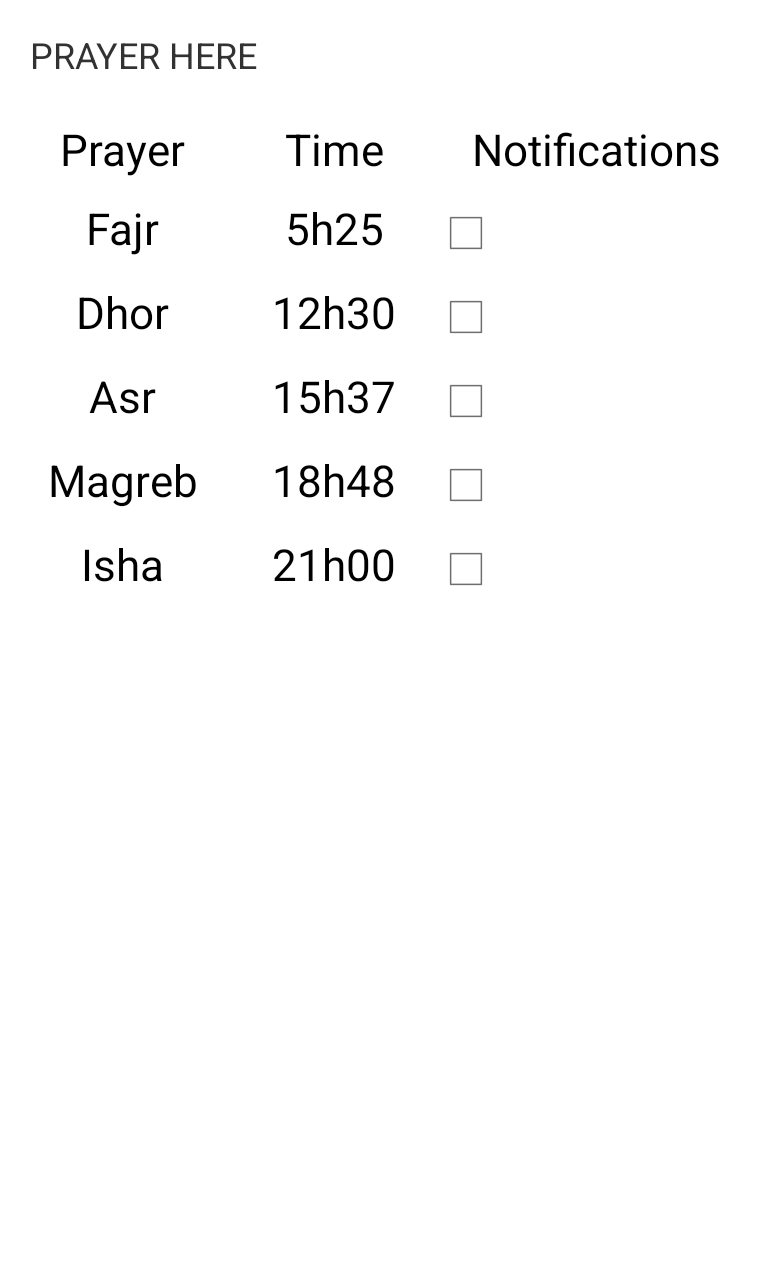
Repository: Osamah/Afstudeerwerk
Layout: NativeApp/SecondPillar/res/layout/activity_prayer.xml
An editor plug-in stored every save of this project. The layout is shown before and after the next save, followed by the edit.
It is drawn on a 768 x 1280 px phone screen (xhdpi) without system bars, with theme AppTheme; the app's code is not run.

Above is the layout before, as saved 2012-12-28 00:27:41.

### NativeApp/SecondPillar/res/layout/activity_prayer.xml
<?xml version="1.0" encoding="utf-8"?>
<LinearLayout
  xmlns:android="http://schemas.android.com/apk/res/android"
  android:orientation="vertical"
  android:layout_width="match_parent"
  android:layout_height="match_parent">

  <!-- Screen Design -->
  <TextView android:text="PRAYER HERE"
            android:padding="15dip"
            android:textSize="18dip"
            android:layout_width="fill_parent"
            android:layout_height="wrap_content"/>



  <TableLayout xmlns:android="http://schemas.android.com/apk/res/android"
    android:id="@+id/tblPrayer"
    android:layout_width="fill_parent"
    android:layout_height="fill_parent" >

  <!-- HEADER -->
 	<TableRow
        android:id="@+id/headerRow"
        android:layout_width="fill_parent"
        android:layout_height="wrap_content"
        android:padding="5dip" >

        <TextView
            android:id="@+id/headerCol1"
            android:text="@string/headerCol1"
            android:layout_weight="1"
            android:gravity="center"
            android:textAppearance="?android:attr/textAppearanceLarge" />

        <TextView
            android:id="@+id/headerCol2"
            android:text="@string/headerCol2"
            android:layout_weight="1"
            android:gravity="center"
            android:textAppearance="?android:attr/textAppearanceLarge" />

     	<TextView
            android:id="@+id/headerCol3"
            android:text="@string/headerCol3"
            android:layout_weight="1"
            android:gravity="center"
            android:textAppearance="?android:attr/textAppearanceLarge" />

  	</TableRow>

 	<!-- PRAYER 1 -->
    <TableRow
        android:id="@+id/fjarRow"
        android:layout_width="wrap_content"
        android:layout_height="wrap_content"
        android:padding="5dip" >

        <TextView
            android:id="@+id/prayer1"
            android:text="@string/prayer1"
            android:textAppearance="?android:attr/textAppearanceLarge"
            android:layout_weight="1"
            android:gravity="center"
            />

        <TextView
            android:id="@+id/prayerTime1"
            android:text="@string/prayerTime1"
            android:textAppearance="?android:attr/textAppearanceLarge"
            android:layout_weight="1"
            android:gravity="center"/>

        <CheckBox
            android:id="@+id/prayerNotification1"
            android:layout_weight="1"
            android:gravity="center"
        />
  	</TableRow>

    <!-- PRAYER 2 -->
    <TableRow
        android:id="@+id/dhorRow"
        android:layout_width="wrap_content"
        android:layout_height="wrap_content"
        android:padding="5dip" >

       <TextView
            android:id="@+id/prayer2"
            android:text="@string/prayer2"
            android:textAppearance="?android:attr/textAppearanceLarge"
            android:layout_weight="1"
            android:gravity="center"
            />

        <TextView
            android:id="@+id/prayerTime2"
            android:text="@string/prayerTime2"
            android:textAppearance="?android:attr/textAppearanceLarge"
            android:layout_weight="1"
            android:gravity="center"
            />

        <CheckBox
            android:id="@+id/prayerNotification2"
            android:layout_weight="1"
            android:gravity="center"
        />
  	</TableRow>

    <!-- PRAYER 3 -->
    <TableRow
        android:id="@+id/rhasrRow"
        android:layout_width="wrap_content"
        android:layout_height="wrap_content"
        android:padding="5dip" >

       <TextView
            android:id="@+id/prayer3"
            android:text="@string/prayer3"
            android:textAppearance="?android:attr/textAppearanceLarge"
            android:layout_weight="1"
            android:gravity="center"
            />

        <TextView
            android:id="@+id/prayerTime3"
            android:text="@string/prayerTime3"
            android:textAppearance="?android:attr/textAppearanceLarge"
            android:layout_weight="1"
            android:gravity="center"
            />

        <CheckBox
            android:id="@+id/prayerNotification3"
            android:layout_weight="1"
            android:gravity="center"
        />
  	</TableRow>

    <!-- PRAYER 4 -->
    <TableRow
        android:id="@+id/magrebRow"
        android:layout_width="wrap_content"
        android:layout_height="wrap_content"
        android:padding="5dip" >

        <TextView
            android:id="@+id/prayer4"
            android:text="@string/prayer4"
            android:textAppearance="?android:attr/textAppearanceLarge"
            android:layout_weight="1"
            android:gravity="center"
            />

        <TextView
            android:id="@+id/prayerTime4"
            android:text="@string/prayerTime4"
            android:textAppearance="?android:attr/textAppearanceLarge"
            android:layout_weight="1"
            android:gravity="center"
            />

        <CheckBox
            android:id="@+id/prayerNotification4"
            android:layout_weight="1"
            android:gravity="center"
        />
  	</TableRow>


    <!-- PRAYER 5 -->
    <TableRow
        android:id="@+id/lahsaRow"
        android:layout_width="wrap_content"
        android:layout_height="wrap_content"
        android:padding="5dip" >

  		 <TextView
            android:id="@+id/prayer5"
            android:text="@string/prayer5"
            android:textAppearance="?android:attr/textAppearanceLarge"
            android:layout_weight="1"
            android:gravity="center"
            />

        <TextView
            android:id="@+id/prayerTime5"
            android:text="@string/prayerTime5"
            android:layout_weight="1"
            android:gravity="center"
            android:textAppearance="?android:attr/textAppearanceLarge"
            />

        <CheckBox
            android:id="@+id/prayerNotification5"
            android:layout_weight="1"
            android:gravity="center"
        />
  	</TableRow>
    </TableLayout>


</LinearLayout>

### NativeApp/SecondPillar/res/values/strings.xml
<?xml version="1.0" encoding="utf-8"?>
<resources>

    <string name="app_name">Second Pillar</string>
    <string name="edit_message">Enter a message</string>
    <string name="button_send">Send</string>
    <string name="menu_settings">Settings</string>
    <string name="favorite">MyFavorite String</string>
    <string name="menu_search">Search</string>



    <string name="headerCol1">Prayer</string>
    <string name="headerCol2">Time</string>
    <string name="headerCol3">Notifications</string>

    <string name="prayer1">Fajr</string>
    <string name="prayer2">Dhor</string>
    <string name="prayer3">Asr</string>
    <string name="prayer4">Magreb</string>
    <string name="prayer5">Isha</string>

    <string name="prayerTime1">5h25</string>
    <string name="prayerTime2">12h30</string>
    <string name="prayerTime3">15h37</string>
    <string name="prayerTime4">18h48</string>
    <string name="prayerTime5">21h00</string>

</resources>

Loaded but not shown: NativeApp/SecondPillar/res/values/styles.xml (common file); NativeApp/SecondPillar/res/values-v11/styles.xml (common file); NativeApp/SecondPillar/res/values-v14/styles.xml (common file)

After the next save:
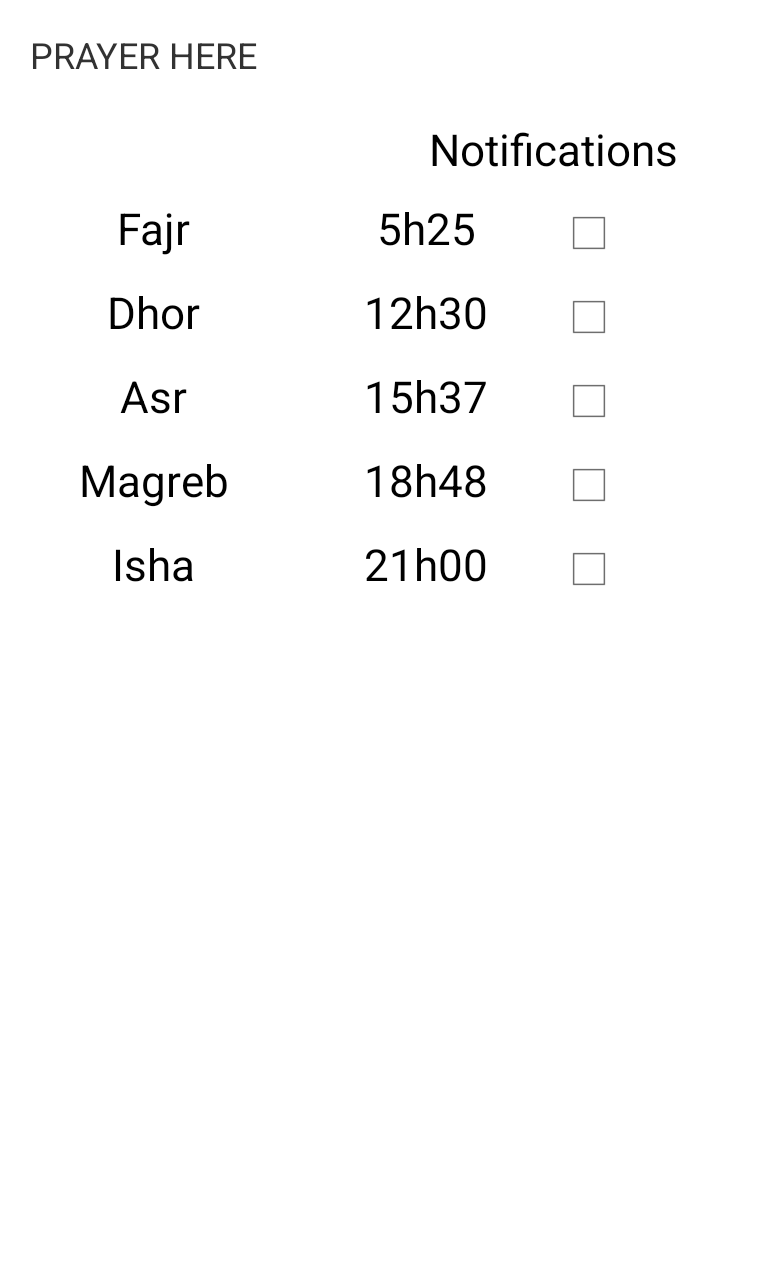
Saved 27 min 8 s later.
--- a/NativeApp/SecondPillar/res/layout/activity_prayer.xml
+++ b/NativeApp/SecondPillar/res/layout/activity_prayer.xml
@@ -26,7 +26,7 @@
         android:layout_height="wrap_content"
         android:padding="5dip" >
 
-        <TextView
+      <!--    <TextView
             android:id="@+id/headerCol1"
             android:text="@string/headerCol1"
             android:layout_weight="1"
@@ -38,14 +38,15 @@
             android:text="@string/headerCol2"
             android:layout_weight="1"
             android:gravity="center"
-            android:textAppearance="?android:attr/textAppearanceLarge" />
+            android:textAppearance="?android:attr/textAppearanceLarge" />-->
 
      	<TextView
             android:id="@+id/headerCol3"
             android:text="@string/headerCol3"
             android:layout_weight="1"
             android:gravity="center"
-            android:textAppearance="?android:attr/textAppearanceLarge" />
+            android:textAppearance="?android:attr/textAppearanceLarge"
+            android:layout_column="3"/>
 
   	</TableRow>
 
